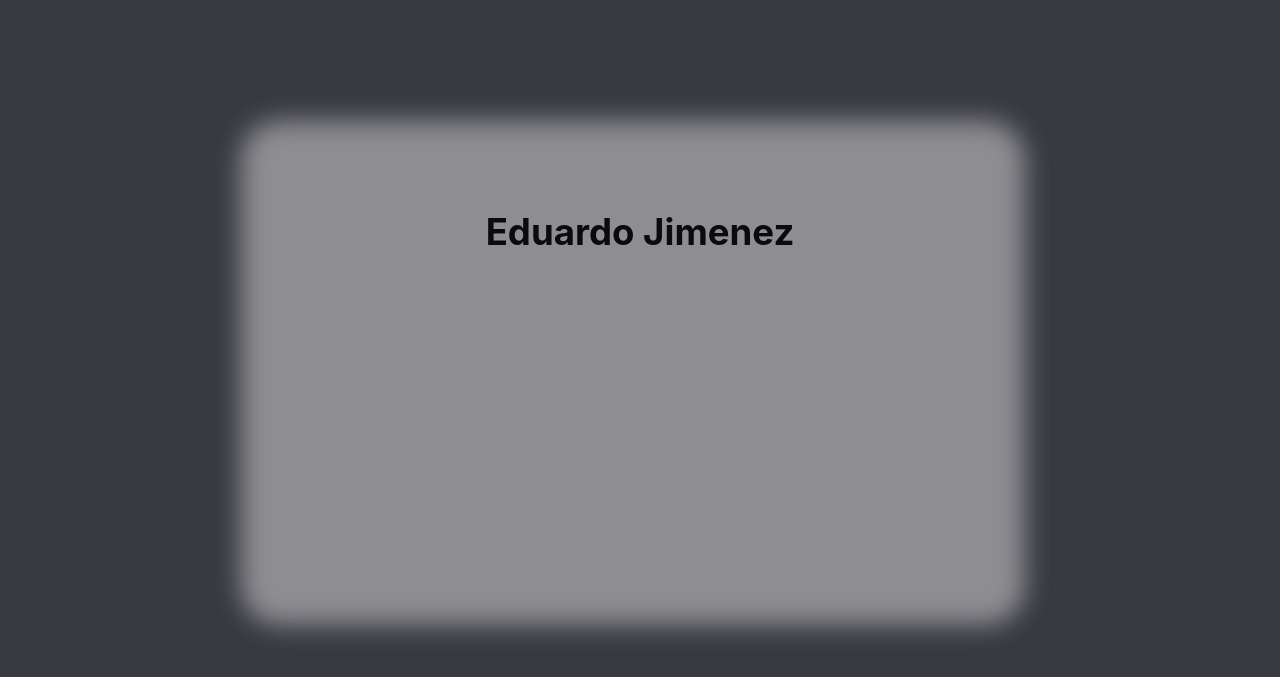
Repository: l8nightswithJS/react-my-portfolio
Page: /
An editor plug-in stored every save of this project. The page is shown before and after the next save, followed by the edit.
The browser window is 1280 px wide. The pictures show the whole page.
The project was rebuilt for these pictures with package versions that can differ from the ones it lists, and the page was loaded fresh each time.

Above is the page before, as saved 2021-04-29 11:35:48.

### src/App.js
import './App.css';


function App() {
  return (
    <div className="App">
      <header className="App-header">
        <section>
          <h1>Eduardo Jimenez</h1>
        </section>
      </header>
    </div>
  );
}

export default App;

### src/App.css
.App {
  height: 100vh;
  width: 100%;
  text-align: center;
  background-color: rgb(56, 58, 65);
}

section {
  position: fixed;
  top: 0;
  bottom: 0;
  left: 0;
  right: 0;
  background-color: rgb(164, 163, 167);
  height: 50vh;
  width: 50vw;
  margin: auto;
  font-size: calc(10px + 2vmin);
  color: white;
  box-shadow: -1vh 1vw 2vw 10vh rgb(164, 163, 167);
  opacity: .8;
  border-radius: 1.5vh;
}

h1 {
  color: black;
}

Loaded but not shown: public/index.html (common file); src/index.js (common file); src/index.css (common file); src/reportWebVitals.js (common file)

After the next save:
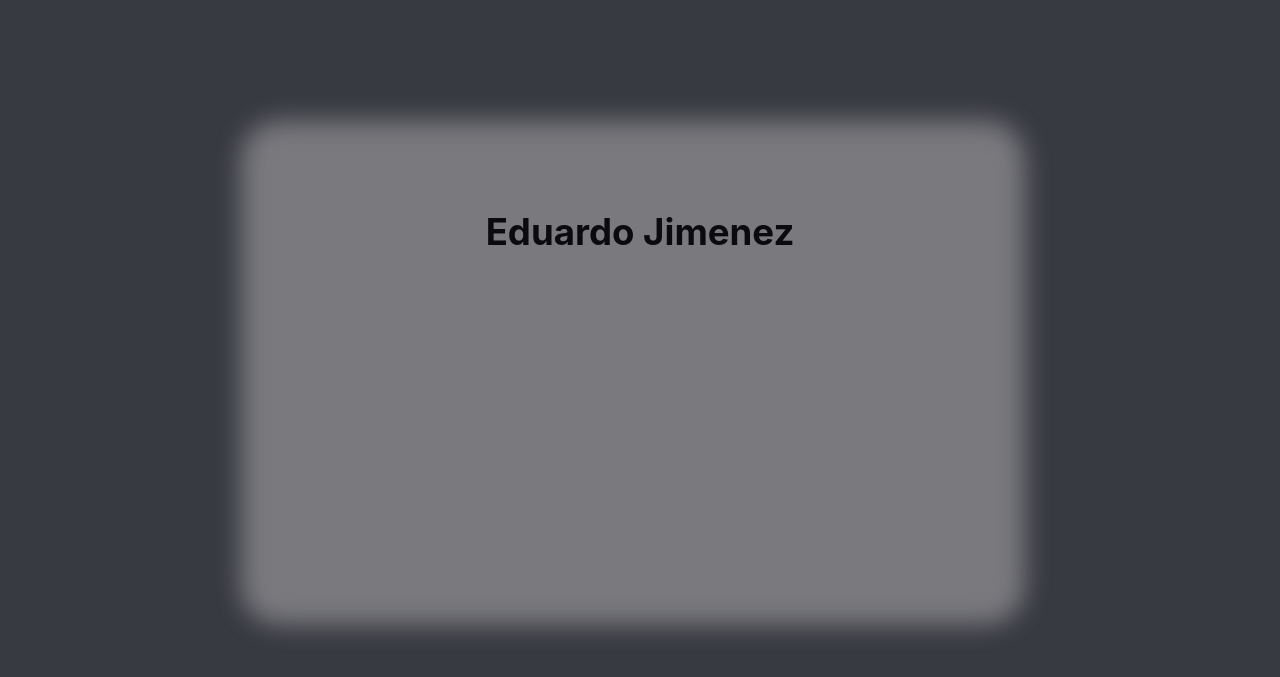
Saved 34 s later.
--- a/src/App.css
+++ b/src/App.css
@@ -11,13 +11,13 @@ section {
   bottom: 0;
   left: 0;
   right: 0;
-  background-color: rgb(164, 163, 167);
+  background-color: rgb(139, 138, 142);
   height: 50vh;
   width: 50vw;
   margin: auto;
   font-size: calc(10px + 2vmin);
   color: white;
-  box-shadow: -1vh 1vw 2vw 10vh rgb(164, 163, 167);
+  box-shadow: -1vh 1vw 2vw 10vh rgb(139, 138, 142);
   opacity: .8;
   border-radius: 1.5vh;
 }
